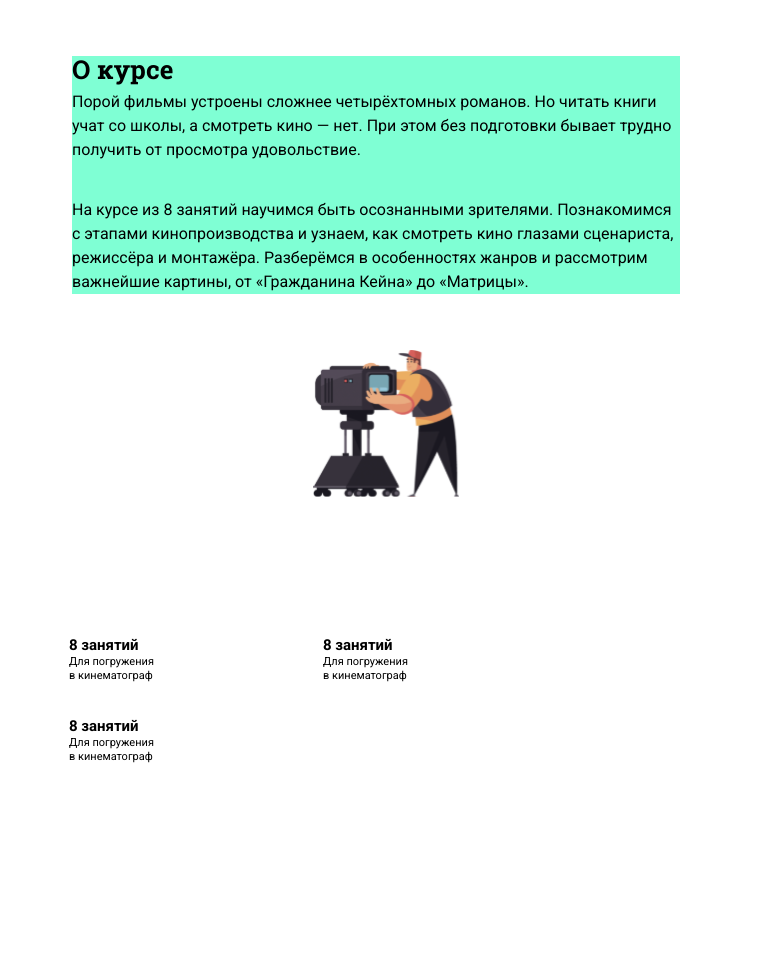
Repository: mirali879/Figma-project1
Page: index.html
An editor plug-in stored every save of this project. The page is shown before and after the next save, followed by the edit.
The browser window is 768 px wide. The pictures show the whole page.

Above is the page before, as saved 2023-04-30 12:27:28.

After the next save:
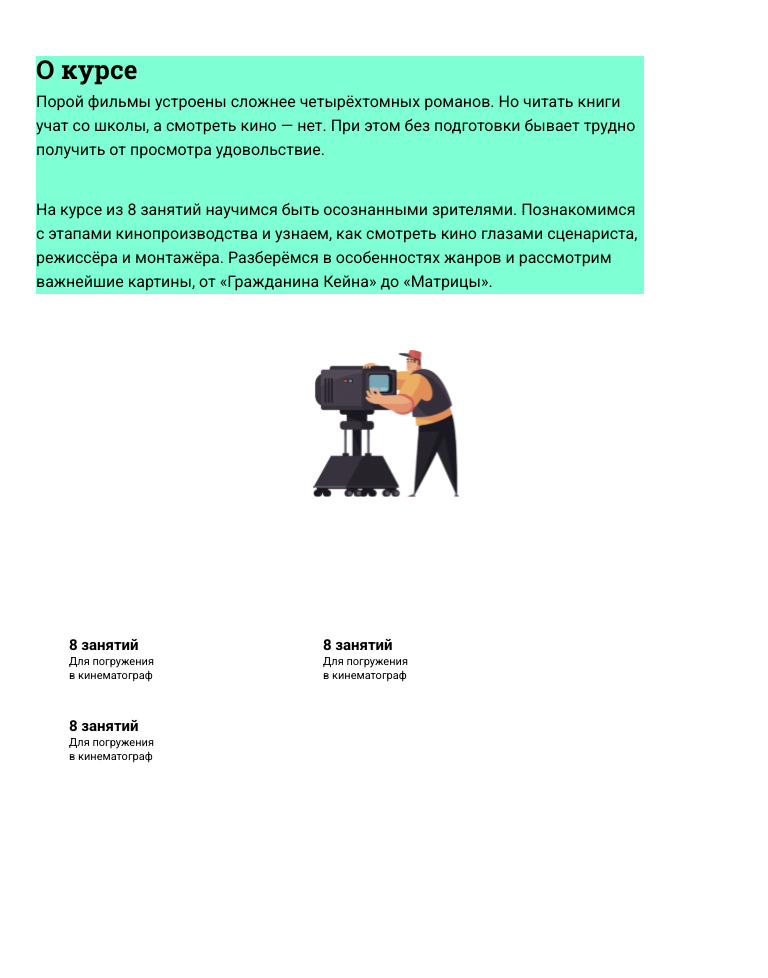
Saved 30 s later.
--- a/index.css
+++ b/index.css
@@ -159,7 +159,6 @@ li h5 {
   .left {
     background-color: aquamarine;
     width: 608px;
-    margin: 0 30px 0 36px;
   }
 
   .right {
